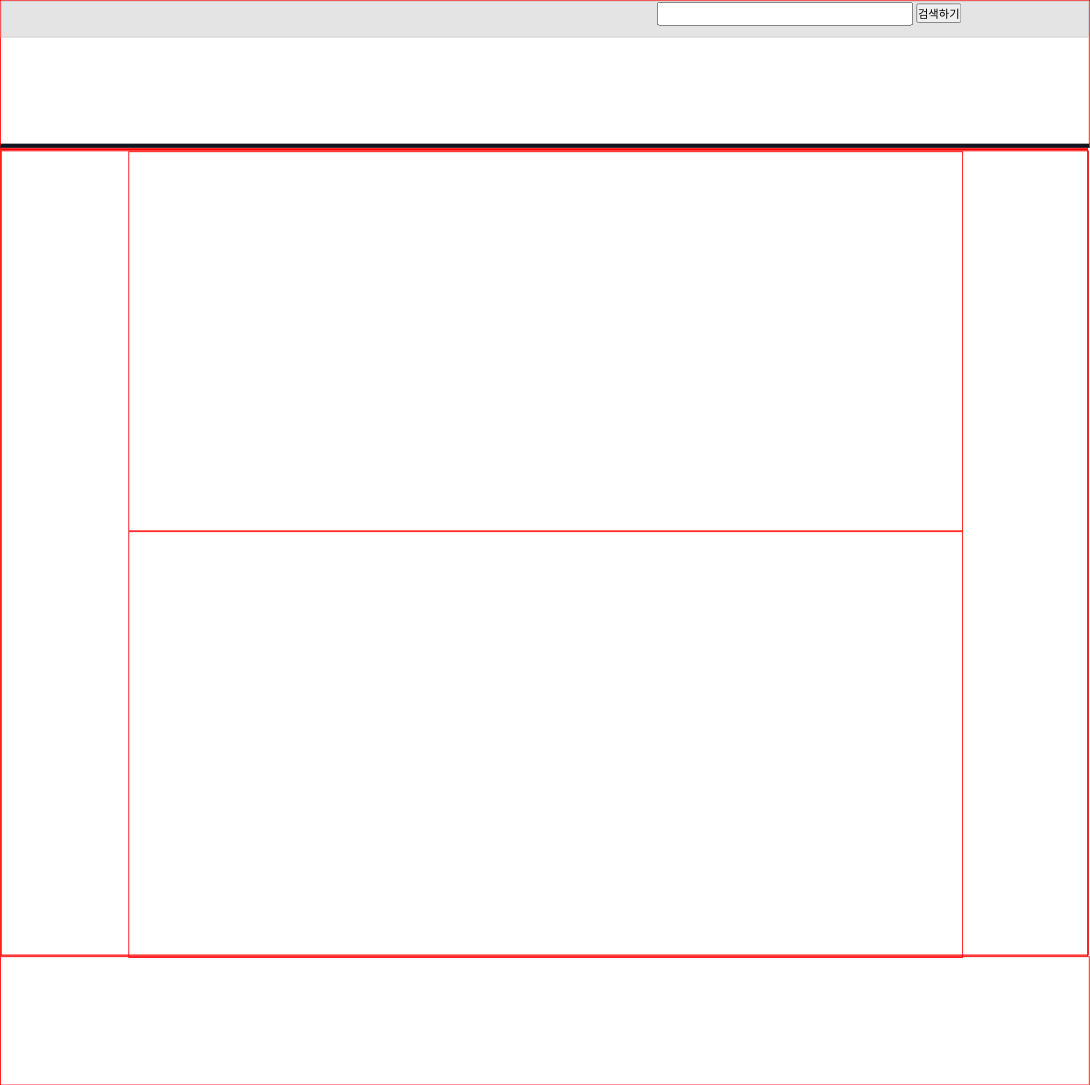
Repository: jungsoon-kim/home_study
Page: study/webzine.html
The author's editor kept a copy of each file at every save. The page is drawn from the files as they stood at one save, then again after the next save.
The browser window is 1280 px wide. The page is 1282 px wide, so the pictures cover 1282 px, including what lies to the right of the window. The pictures show the whole page, at 85% of full size.

Above is the page before, as saved 2015-09-14 14:30:32.

After the next save:
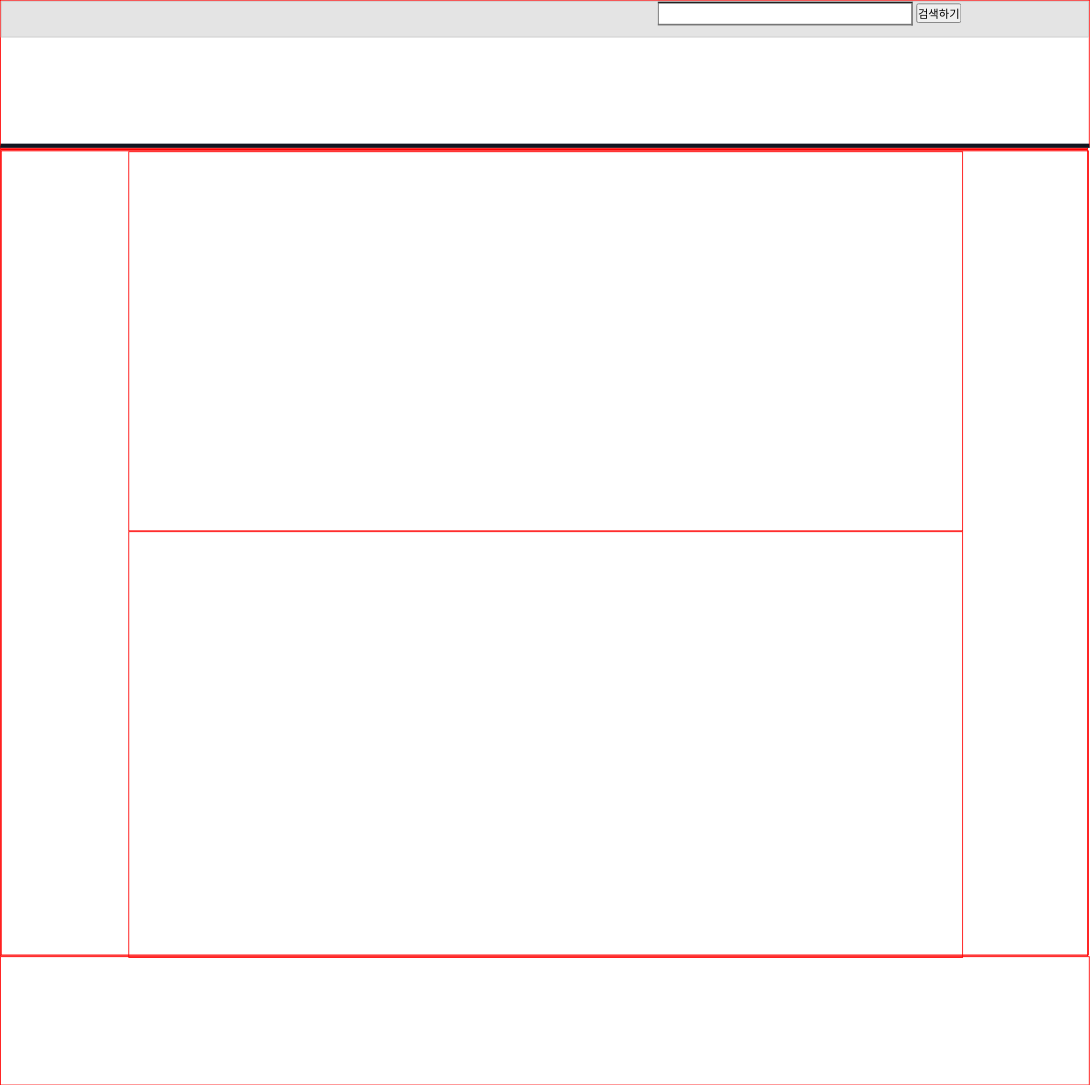
Saved 26 s later.
--- a/study/common.css
+++ b/study/common.css
@@ -20,7 +20,7 @@ fieldset {border:0 none;}
 #header {width:100%; height:168px; border-bottom:5px #12151f solid;}
 .header-top{height: 41px; background:#e4e4e4; border: 1px solid #cdcdcd;}
 .header-top .wrap fieldset {float:right;}
-.header-top .wrap fieldset input[type="text"] {width: 277px; height: 24px; padding:0 10px ;}
+.header-top .wrap fieldset input[type="text"] {width: 277px; height: 24px; padding:0 10px ; border-left: 1px solid #666;}
 
 
 
